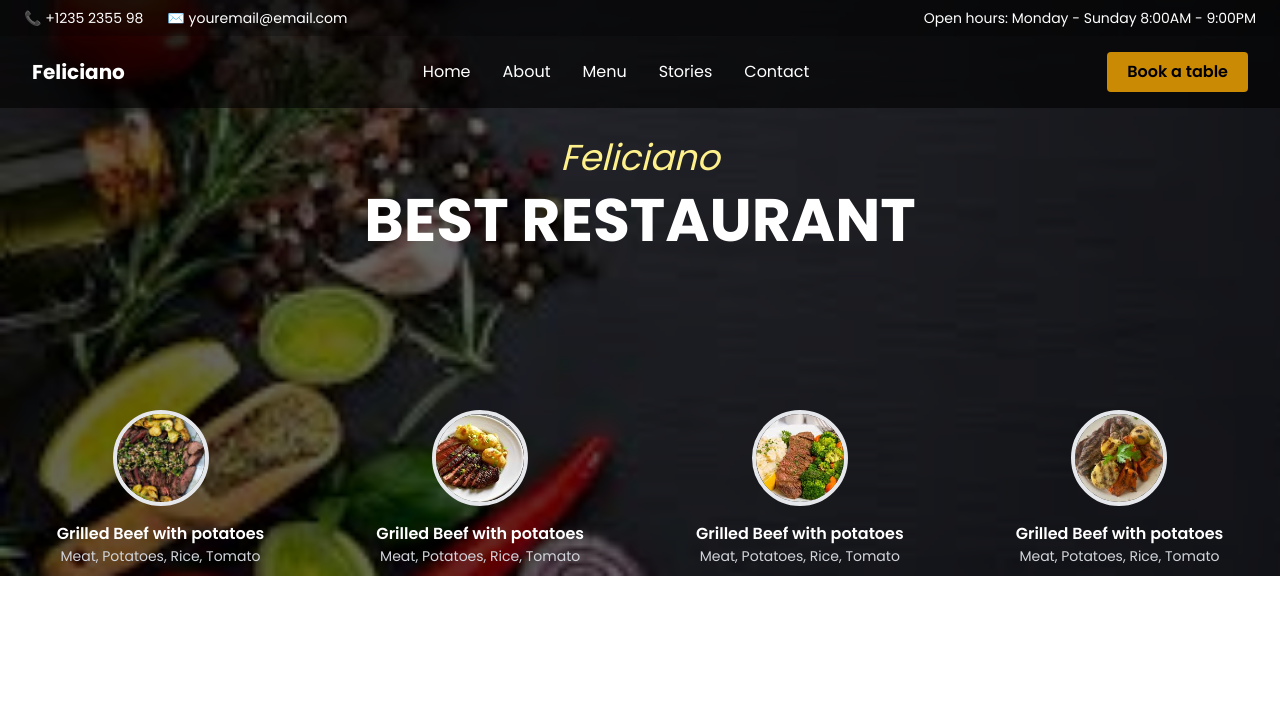
Repository: Purniagithub/Benttacproject
Page: /
The author's editor kept a copy of each file at every save. The page is drawn from the files as they stood at one save, then again after the next save.
The browser window is 1280 px wide. The pictures show the whole page.
Some web fonts or font styles are not loaded; a fallback is used. The project was rebuilt for these pictures with package versions that can differ from the ones it lists, and the page was loaded fresh each time. Also part of the build but not shown: vite.config.js.

Above is the page before, as saved 2025-08-21 14:42:34.

### index.html
<!doctype html>
<html lang="en">
  <head>
    <meta charset="UTF-8" />
    <link rel="icon" type="image/svg+xml" href="/vite.svg" />
    <link href="https://fonts.googleapis.com/css2?family=Playfair+Display:ital,wght@1,500&family=Poppins:wght@400;600;700&display=swap" rel="stylesheet">

    <meta name="viewport" content="width=device-width, initial-scale=1.0" />
    <title>Vite + React</title>
  </head>
  <body>
    <div id="root"></div>
    <script type="module" src="/src/main.jsx"></script>
  </body>
</html>

### src/App.jsx
import React from "react";
import Navbar from "./components/Navbar";
import Hero from "./components/Hero";

function App() {
  return (
    <div className="font-poppins">
      <Navbar />
      <Hero />
    </div>
  );
}

export default App;

### src/components/Navbar.jsx
import React from "react";

const Navbar = () => {
  return (
    <header className="absolute top-0 left-0 w-full z-50">
      {/* Top bar */}
      <div className="flex justify-between items-center bg-black bg-opacity-70 text-white text-sm px-6 py-2">
        <div className="flex space-x-6">
          <span>📞 +1235 2355 98</span>
          <span>✉️ youremail@email.com</span>
        </div>
        <span>Open hours: Monday - Sunday 8:00AM - 9:00PM</span>
      </div>

      {/* Main Navbar */}
      <nav className="flex justify-between items-center bg-black bg-opacity-60 text-white px-8 py-4">
        <h1 className="text-xl font-bold">Feliciano</h1>
        <ul className="flex space-x-8 font-medium">
          <li><a href="#" className="hover:text-yellow-400">Home</a></li>
          <li><a href="#" className="hover:text-yellow-400">About</a></li>
          <li><a href="#" className="hover:text-yellow-400">Menu</a></li>
          <li><a href="#" className="hover:text-yellow-400">Stories</a></li>
          <li><a href="#" className="hover:text-yellow-400">Contact</a></li>
        </ul>
        <button className="bg-yellow-600 hover:bg-yellow-700 px-5 py-2 rounded text-black font-semibold">
          Book a table
        </button>
      </nav>
    </header>
  );
};

export default Navbar;

### src/components/Hero.jsx
import React from "react";

const dishes = [
  { id: 1, name: "Grilled Beef with potatoes", desc: "Meat, Potatoes, Rice, Tomato", img: "/dish-1.jpeg" },
  { id: 2, name: "Grilled Beef with potatoes", desc: "Meat, Potatoes, Rice, Tomato", img: "/dish-2.jpeg" },
  { id: 3, name: "Grilled Beef with potatoes", desc: "Meat, Potatoes, Rice, Tomato", img: "/dish-3.jpeg" },
  { id: 4, name: "Grilled Beef with potatoes", desc: "Meat, Potatoes, Rice, Tomato", img: "/dish-4.jpeg" },
];

const Hero = () => {
  return (
    <section
      className="relative h-[80vh] bg-cover bg-center flex flex-col justify-center items-center text-white"
      style={{ backgroundImage: "url('/img-4.jpeg')" }}
    >
      <div className="absolute inset-0 bg-black bg-opacity-60"></div>

      <div className="relative z-10 text-center mt-32">
        <h2 className="text-4xl italic text-yellow-200">Feliciano</h2>
        <h1 className="text-6xl font-bold mt-3">BEST RESTAURANT</h1>
      </div>

      {/* Dish Cards */}
      <div className="relative z-10 flex justify-center space-x-28 mt-40">
        {dishes.map((dish) => (
          <div key={dish.id} className="text-center">
            <img
              src={dish.img}
              alt={dish.name}
              className="w-24 h-24 object-cover rounded-full mx-auto border-4 border-gray-200"
            />
            <h3 className="mt-4 font-semibold">{dish.name}</h3>
            <p className="text-sm text-gray-300">{dish.desc}</p>
          </div>
        ))}
      </div>
    </section>
  );
};

export default Hero;

### tailwind.config.js
/** @type {import('tailwindcss').Config} */
export default {
  content: ["./index.html",
    "./src/**/*.{js,ts,jsx,tsx}",],
  theme: {
    extend: {fontFamily: {
      sans: ['Poppins', 'sans-serif'],
      serif: ['Playfair Display', 'serif'],
    },
    colors: {
      gold: "#CDA45E",
    },},
  },
  plugins: [],
}

Loaded but not shown: src/main.jsx (common file); src/index.css (common file)

After the next save:
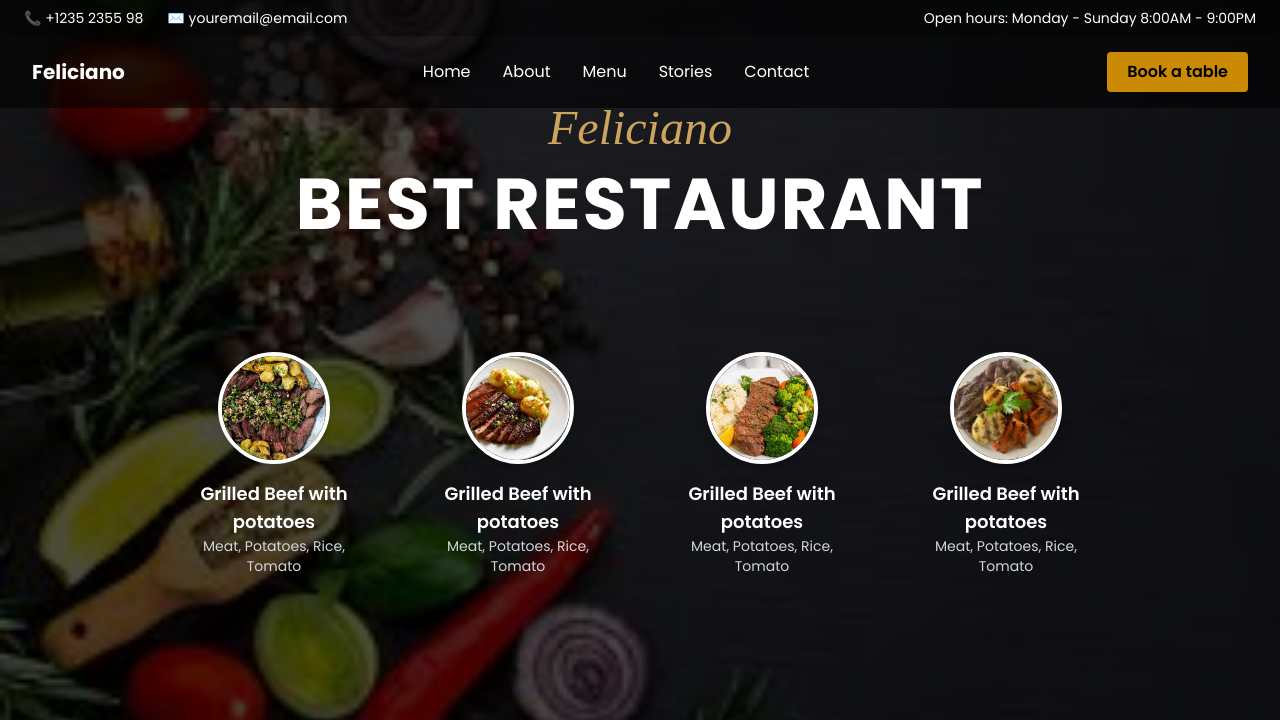
Saved 31 s later.
--- a/src/components/Hero.jsx
+++ b/src/components/Hero.jsx
@@ -10,26 +10,30 @@ const dishes = [
 const Hero = () => {
   return (
     <section
-      className="relative h-[80vh] bg-cover bg-center flex flex-col justify-center items-center text-white"
+      className="relative h-screen bg-cover bg-center flex flex-col justify-center items-center text-white"
       style={{ backgroundImage: "url('/img-4.jpeg')" }}
     >
-      <div className="absolute inset-0 bg-black bg-opacity-60"></div>
+      {/* Dark overlay */}
+      <div className="absolute inset-0 bg-black/70"></div>
 
-      <div className="relative z-10 text-center mt-32">
-        <h2 className="text-4xl italic text-yellow-200">Feliciano</h2>
-        <h1 className="text-6xl font-bold mt-3">BEST RESTAURANT</h1>
+      {/* Headings */}
+      <div className="relative z-10 text-center -mt-10">
+        <h2 className="text-5xl font-serif italic text-[#CDA45E]">Feliciano</h2>
+        <h1 className="text-7xl font-extrabold tracking-wide mt-4 uppercase">
+          Best Restaurant
+        </h1>
       </div>
 
       {/* Dish Cards */}
-      <div className="relative z-10 flex justify-center space-x-28 mt-40">
+      <div className="relative z-10 grid grid-cols-2 md:grid-cols-4 gap-16 mt-28">
         {dishes.map((dish) => (
-          <div key={dish.id} className="text-center">
+          <div key={dish.id} className="text-center max-w-[180px] mx-auto">
             <img
               src={dish.img}
               alt={dish.name}
-              className="w-24 h-24 object-cover rounded-full mx-auto border-4 border-gray-200"
+              className="w-28 h-28 object-cover rounded-full mx-auto border-4 border-white shadow-lg"
             />
-            <h3 className="mt-4 font-semibold">{dish.name}</h3>
+            <h3 className="mt-4 font-semibold text-lg">{dish.name}</h3>
             <p className="text-sm text-gray-300">{dish.desc}</p>
           </div>
         ))}
